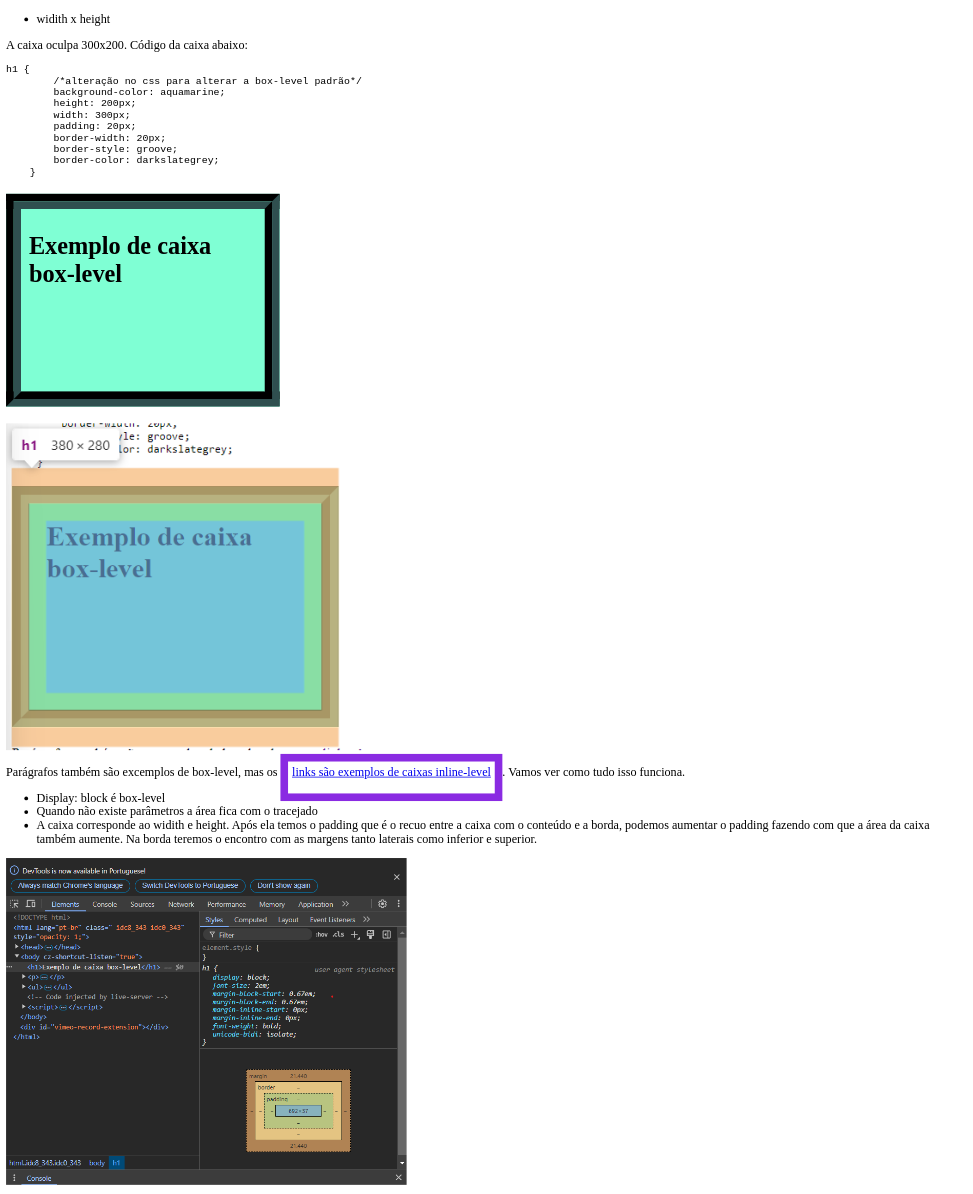
Repository: Willcmorais/vscode-workspace
Page: html-css/curso-em-video/modulo02/estudos/ex026-caixas/caixa01.html
The author's editor kept a copy of each file at every save. The page is drawn from the files as they stood at one save, then again after a run of saves.
The browser window is 1280 px wide. The pictures show the whole page, at 76% of full size.

Above is the page before, as saved 2024-09-24 11:21:01.

After the next 2 saves:
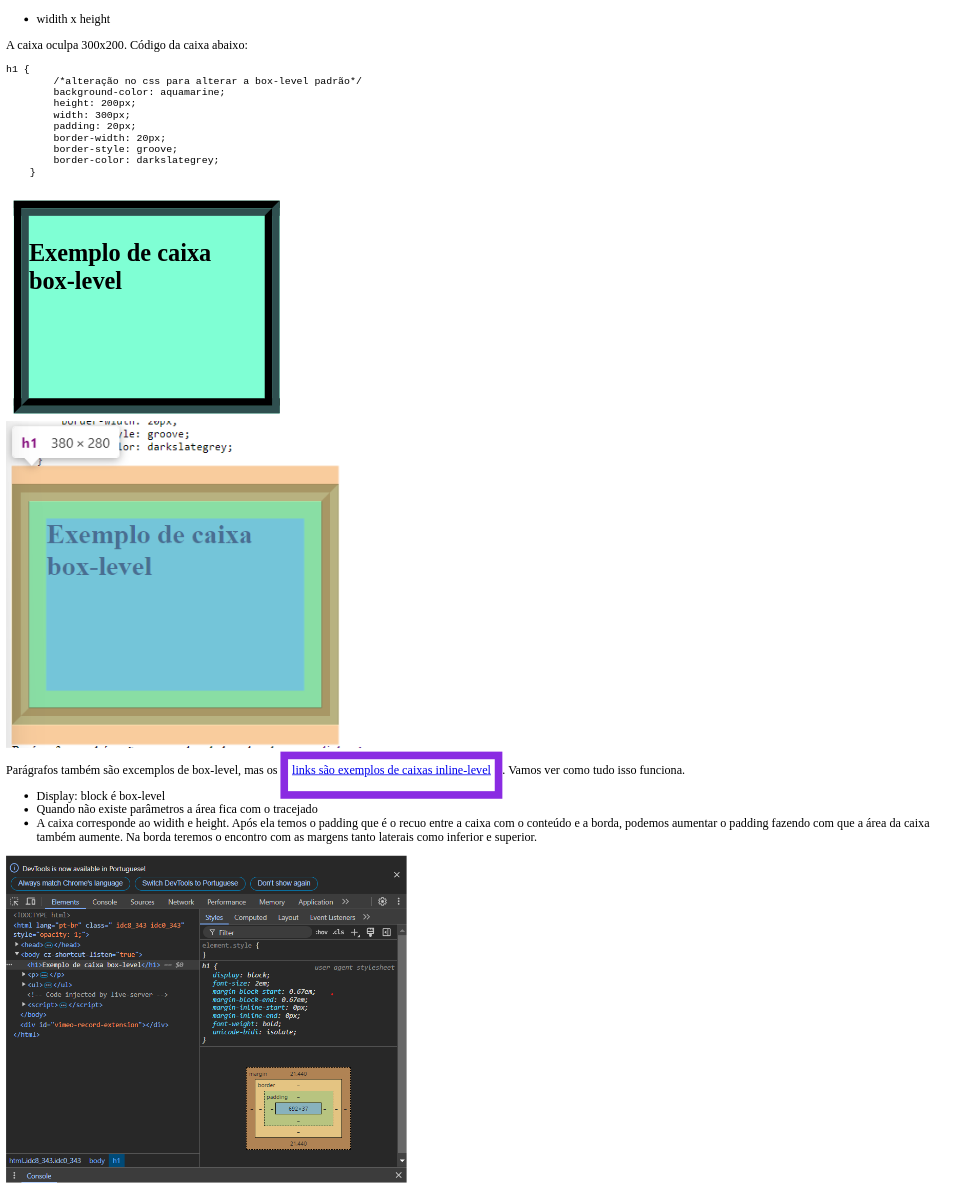
The 2 saves are shown as one change because they came seconds apart.
The last was saved 25 s later.
--- a/html-css/curso-em-video/modulo02/estudos/ex026-caixas/style.css
+++ b/html-css/curso-em-video/modulo02/estudos/ex026-caixas/style.css
@@ -9,11 +9,11 @@ h1 {
     padding-top: 30px;
     padding-right: 10px;
     padding-bottom: 10px;
-    padding-left: 10px;
-    padding-top: 30px;
-    padding-right: 10px;
-    padding-bottom: 10px;
-    padding-left: 10px;
+    margin-left: 10px;
+    margin-top: 30px;
+    margin-right: 10px;
+    margin-bottom: 10px;
+    margin-left: 10px;
     /*padding: 20px;*/
     border-width: 20px;
     border-style: groove;
